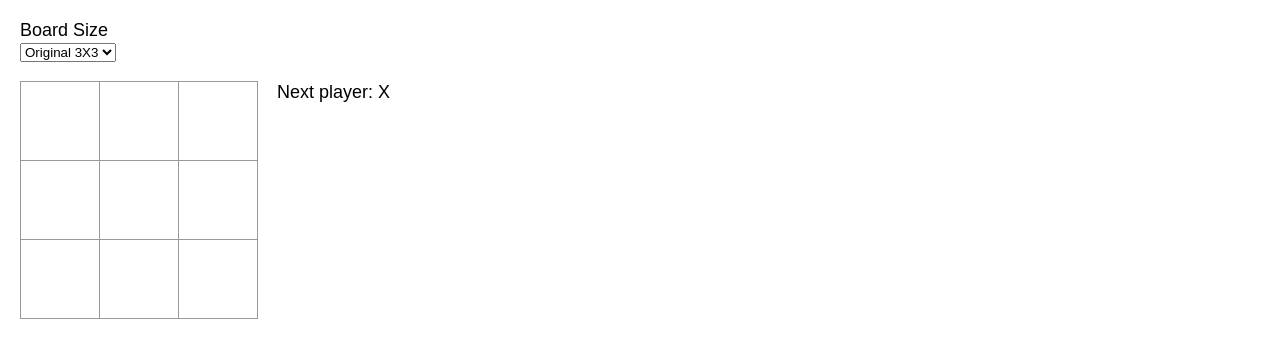
Repository: yshong211/tic-tac-toe-0708
Page: /
The author's editor kept a copy of each file at every save. The page is drawn from the files as they stood at one save, then again after the next save.
The browser window is 1280 px wide. The pictures show the whole page.
The project was rebuilt for these pictures with package versions that can differ from the ones it lists, and the page was loaded fresh each time.

Above is the page before, as saved 2020-07-07 16:37:05.

### src/index.js
import React from 'react';
import ReactDOM from 'react-dom';
import './index.css';
import GetDim from './getDim';

  // ========================================

  // renders the game component to element

  ReactDOM.render(
    <GetDim />, // goes inside of the the second parameter;
    document.getElementById('root') // returns <div id = "root"></div>
  );

### src/index.css
body {
    font: 18px "Century Gothic", Futura, sans-serif; /* size, font */
    margin: 20px; /* space outside of border */
  }

  form {
    margin-bottom: 20px;

  }

  ol, ul {
    padding-left: 30px; /* space b/t left border to content */
  }

  .board-row:after {
    clear: both;
    content: "";
    display: table;
  }

  .status {
    margin-bottom: 10px;
  }

  .square {
    background: rgb(255, 255, 255);
    border: 1px solid #999;
    float: left;
    font-size: 60px;
    font-weight: bold;
    line-height: 80px;
    height: 80px;
    margin-right: -1px;
    margin-top: -1px;
    padding: 0;
    text-align: center; /* text in the middle */
    width: 80px;
  }

  .square:focus {
    outline: none;
  }

  .kbd-navigation .square:focus {
    background: #ddd;
  }

  .game {
    display: flex;
    flex-direction: row;


  }

  .game-info {
    margin-left: 20px;
  }

### src/getDim.js
import React from 'react';
import Game from './game';


export default class GetDim extends React.Component {
    constructor(props) {
      super(props);
      this.state = {rows: 3};
      this.handleChange = this.handleChange.bind(this);

    }
    handleChange(event) {
      this.setState({rows: event.target.value});
    }


    render() {

      return (
      <div className = 'submission'>
        <form>
          <label>
            Board Size<br></br>
            <select value={this.state.rows} onChange={this.handleChange}>
                <option selected value="3">Original 3X3</option>
                <option value="4">4X4</option>
                <option value="5">5X5</option>
            </select>
          </label>
        </form>
        <Game
            rows = {parseInt(this.state.rows)}
        />
      </div>
      );
    }
  }

### src/game.js
import React from 'react';
import Board from './board';


export default class Game extends React.Component {
    constructor(props) {
      super(props);
      this.state = {
        board: [], //history:{square: Arr}
        history: [], // track the last index
        stepNumber: 0, // count var
        xIsNext: true // Random for which player goes first (50% each)
      };
    }

    hor(squares, row_length){
      let index = 0;
      let count = 0;
      let x = 0;
      let o = 0;
      for(let i = 0; i < row_length; i++){
        for(let j = 0; j < row_length; j++){
          if(squares[index]==='X'){
            x++;
          }
          if(squares[index]==='O'){
            o++
          }
          count++;
          index++;
        }
        if(o === count){
          return 'O';
        }
        if(x === count){
          return 'X'
        }
        count = 0;
        x = 0;
        o = 0;
      }
    }

    vert(squares, row_length){
      let count = 0;
      let x = 0;
      let o = 0;
      for(let i = 0; i < row_length; i++){
        for(let j = i; j < row_length**2; j+=row_length){
          if(squares[j]==='X'){
            x++;
          }
          if(squares[j]==='O'){
            o++
          }
          count++;
        }

        if(o === count){
          return 'O';
        }
        if(x === count){
          return 'X';
        }
        count = 0;
        x = 0;
        o = 0;
      }
    }

    cross(squares, row_length){
      let count = 0;
      let x = 0;
      let o = 0;

      for(let i = 0; i < row_length**2; i+=(row_length+1)){
        if(squares[i]==='X'){
          x++;
        }
        if(squares[i]==='O'){
          o++;
        }
        count++;
      }
      if(o === count){
        return 'O';
      }
      if(x === count){
        return 'X';
      }
      count = 0;
      x = 0;
      o = 0;

      for(let j = row_length-1; j < (row_length**2)-1; j+=(row_length-1)){
        if(squares[j]==='X'){
          x++;
        }
        if(squares[j]==='O'){
          o++
        }
        count++;
      }
      if(o === count){
        return 'O';
      }
      if(x === count){
        return 'X';
      }
      count = 0;
      x = 0;
      o = 0;
    }

    calculateWinner(squares, rows){
      if(this.hor(squares, rows) === 'O' || this.hor(squares, rows) === 'X'){
        return this.hor(squares, rows);
      }

      else if(this.vert(squares, rows) === 'O' || this.vert(squares, rows) === 'X'){
        return this.vert(squares, rows);
      }

      else if(this.cross(squares, rows) === 'O' || this.cross(squares, rows) === 'X'){
        return this.cross(squares, rows);
      }
      return null;
    }
    handleClick(i) {
      const hist = this.state.history;
      const squares = this.state.board;
      const rows = this.props.rows;
      if (this.calculateWinner(squares, rows) || squares[i]) { // ends the game
        return;
      }
      squares[i] = this.state.xIsNext ? 'X' : 'O';
      hist.push(i);
      this.setState({
        board: squares,
        history: hist,
        stepNumber: this.state.history.length,
        xIsNext: !this.state.xIsNext // changes turn
      });
    }

    jumpTo(history, board, step) {
      for (let i = history.length-1; i >= step; i--){
        board[history.pop()] = null;
      }
      this.setState({
        stepNumber: step,
        xIsNext: (step % 2) === 0
      });
    }
    render() {
      const board = this.state.board;
      const history = this.state.history;
      const rows = this.props.rows;
      const winner = this.calculateWinner(board, rows);
      const moves = history.map((step, move) => {
        const desc = move ?
          'Go to move #' + move :
          'Refresh';

        return (
          <li key={move}>
            <button onClick={() => this.jumpTo(history, board, move)}>{desc}</button>
          </li>
        );

      });

      let status;
      winner ? status = 'Winner: ' + winner :
      status = 'Next player: ' + (this.state.xIsNext ? 'X' : 'O');
      return (
        <div className="game">
          <div className="game-board">
            <Board // exports the values of attr to Board component
              rows = {this.props.rows}
              squares={board}
              onClick={i => this.handleClick(i)}
            />
          </div>
          <div className="game-info">
            <div>{status}</div>
            <ol>{moves}</ol>
          </div>
        </div>
      );
    }
  }

### src/board.js
import React from 'react';
import Square from './square.js';


export default class Board extends React.Component {
    renderSquare(i) {
      // value and onclick value transfers to component Square
      return(
        <Square
          value={this.props.squares[i]} // got val from {current.squares}
          onClick={() => this.props.onClick(i)} // got val from {i => this.handleClick(i)}
        />
      );
    }
    create_rq(start,end) {
      let rows = []
      for(let i = start; i < end; i++){
        rows.push(this.renderSquare(i));
      }
      return rows;
    }
    create_row(start) { // creates row length of 3, var start is the starting index
      let board_r = [];
      for(let i = 0; i < start; i++){
        let new_r = i * start;
        let new_end = parseInt(new_r)+parseInt(start);
        board_r.push(
        <div className="board-row">
          {this.create_rq(new_r,new_end)}
        </div>);
      }
      return board_r

    }
    render() { // renders 9 squares
      return (
        <div>
          {this.create_row(this.props.rows)}
        </div>
      );
    }
  }

### src/square.js
import React from 'react';

export default function Square(props) {
    // gets value and onClick from renderSquare
    return (
      <button className = "square" onClick = {props.onClick}>
        {props.value}
      </button>
      );
  }

Loaded but not shown: public/index.html (common file)

After the next save:
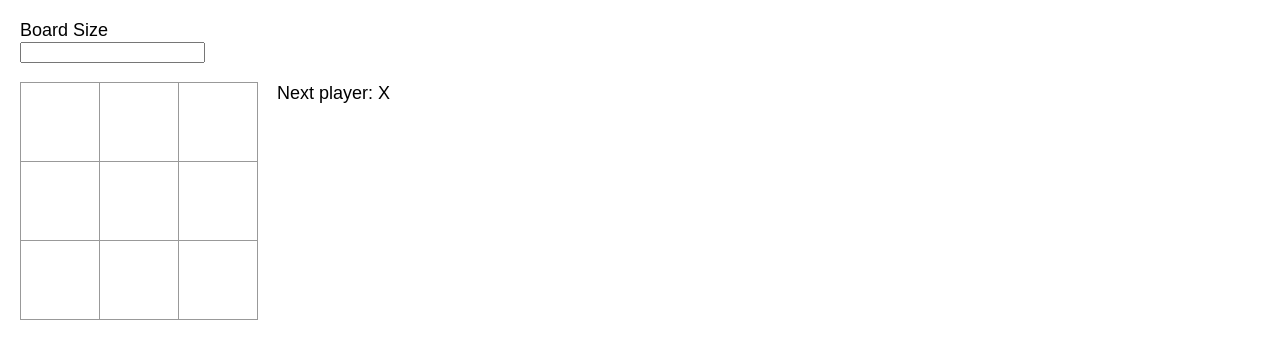
Saved 42 s later.
--- a/src/getDim.js
+++ b/src/getDim.js
@@ -21,11 +21,7 @@ export default class GetDim extends React.Component {
         <form>
           <label>
             Board Size<br></br>
-            <select value={this.state.rows} onChange={this.handleChange}>
-                <option selected value="3">Original 3X3</option>
-                <option value="4">4X4</option>
-                <option value="5">5X5</option>
-            </select>
+            <input type="text" value={this.state.value} onChange={this.handleChange} />
           </label>
         </form>
         <Game
